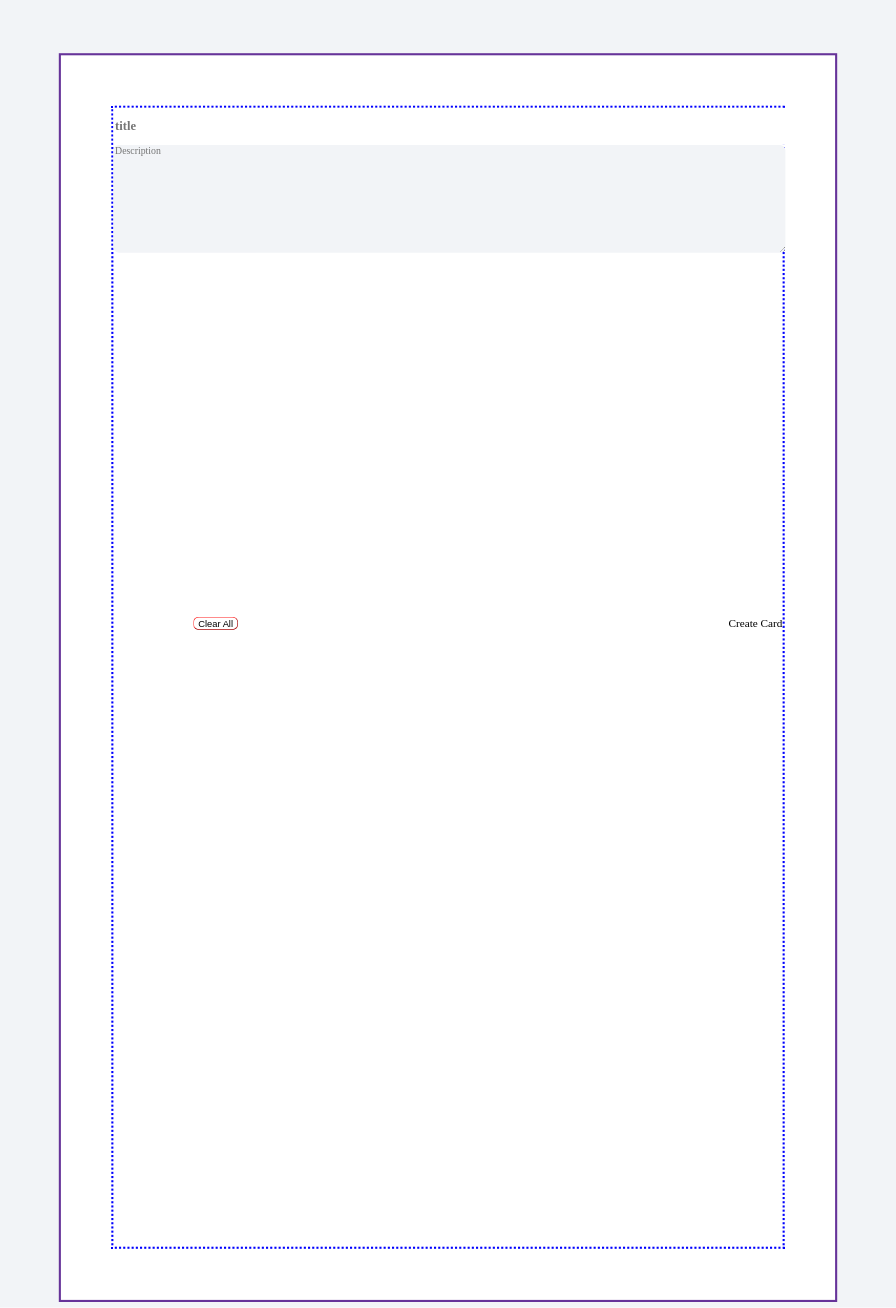
Repository: ReyhanehRahmani/TO-DO
Page: index.html
An editor plug-in stored every save of this project. The page is shown before and after the next save, followed by the edit.
The browser window is 1280 px wide. The pictures show the whole page, at 70% of full size.

Above is the page before, as saved 2025-06-07 22:36:34.

After the next save:
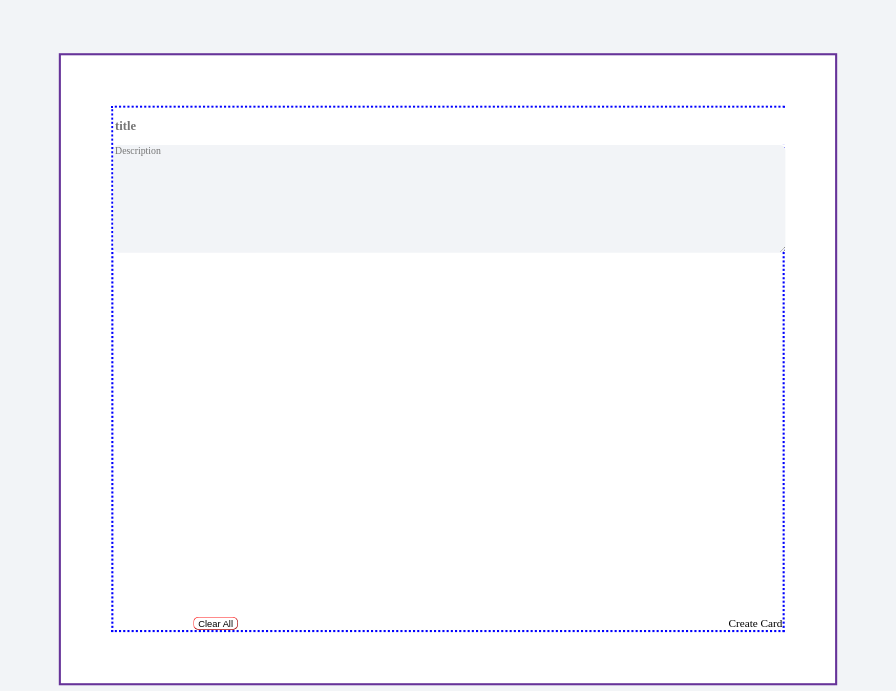
Saved 9 s later.
--- a/style.css
+++ b/style.css
@@ -62,7 +62,7 @@ body{
 
 #clear{
     width: 30.503144654%;
-    height: 900px;
+    height: 90%;
     text-align: center;
     justify-content: center;
 }
